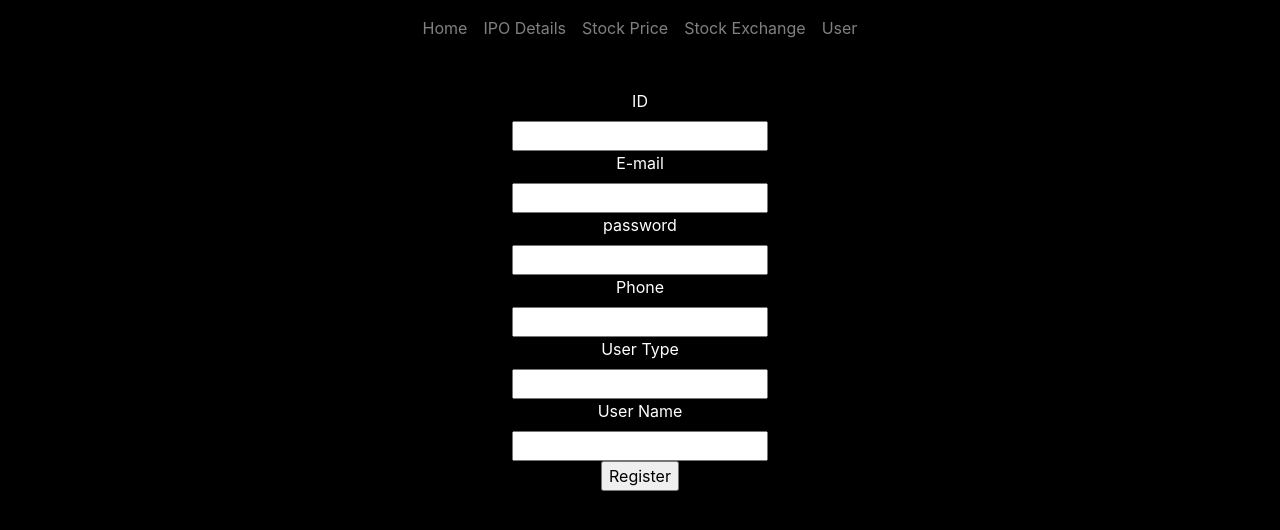
Repository: Gurudutt-S/cts-training
Page: http://localhost/StockExchangeChartingWeb/WEB-INF/views/users.jsp
These files come from the project's save history. The page is drawn as it stood at one moment and after the next save; the edit follows.
The browser window is 1280 px wide. The pictures show the whole page.
The page is served by Tomcat 9. Nobody is signed in. Other server files are loaded and not shown. The template is opened directly, without the code that normally fills it, so the values that code supplies are empty.

Above is the page before, as saved 2020-02-12 05:53:53.
Console error (its wording comes from the project's code and is left out).

### Day_36/StockExchangeChartingWeb/src/main/webapp/WEB-INF/views/users.jsp
<%@include file="header.jsp"%>

<%@ taglib uri="http://www.springframework.org/tags/form" prefix="form"%>
<%@ taglib uri="http://java.sun.com/jsp/jstl/core" prefix="c"%>


<c:url var="userUrl" value="/user/save" />

<div class="container">
	<form:form action="${userUrl }" modelAttribute="user" class="form-group">

			<div>
				<form:label path="id">ID</form:label>
			</div>
			<div>
				<form:input path="id"></form:input>
			</div>
			<div>
				<form:label path="email">E-mail</form:label>
			</div>
			<div>
				<form:input path="email"></form:input>
			</div>
			<div>
				<form:label path="password">password</form:label>
			</div>
			<div>
				<form:input path="password"></form:input>
			</div>
			<div>
				<form:label path="phone">Phone</form:label>
			</div>
			<div>
				<form:input path="phone"></form:input>
			</div>
			<div>
				<form:label path="userType">User Type</form:label>
			</div>
			<div>
				<form:input path="userType"></form:input>
			</div>
			<div>
				<form:label path="username">User Name</form:label>
			</div>
			<div>
				<form:input path="username"></form:input>
			</div>

			<div>
				<input type="submit" value="Register">
			</div>
	</form:form>
</div>


</body>
</html>

### Day_36/StockExchangeChartingWeb/src/main/webapp/WEB-INF/views/header.jsp
<%@ page isELIgnored="false"%>
<%@ taglib uri="http://java.sun.com/jsp/jstl/core" prefix="c"%>
<html>
<head>
<link rel="stylesheet"
	href="https://stackpath.bootstrapcdn.com/bootstrap/4.4.1/css/bootstrap.min.css"
	integrity="sha384-Vkoo8x4CGsO3+Hhxv8T/Q5PaXtkKtu6ug5TOeNV6gBiFeWPGFN9MuhOf23Q9Ifjh"
	crossorigin="anonymous">
<script
	src="https://stackpath.bootstrapcdn.com/bootstrap/4.4.1/js/bootstrap.min.js"
	integrity="sha384-wfSDF2E50Y2D1uUdj0O3uMBJnjuUD4Ih7YwaYd1iqfktj0Uod8GCExl3Og8ifwB6"
	crossorigin="anonymous"></script>


</head>
<body style="color: white; background-color: black; text-align: center;">

	<nav class="navbar navbar-expand-lg navbar-dark ">
		<div class="collapse navbar-collapse">
			<ul class="navbar-nav mx-auto">
				<li class="nav-item"><a href="home" class="nav-link">Home</a></li>
				<li class="nav-item"><a href="ipoDetails" class="nav-link">IPO
						Details</a></li>
				<li class="nav-item"><a href="stockPrice" class="nav-link">Stock
						Price</a></li>
				<li class="nav-item"><a href="stockExchange" class="nav-link">Stock
						Exchange</a></li>
				<li class="nav-item"><a href="user-home" class="nav-link">User
						</a></li>
			</ul>
		</div>
	</nav>

	<hr>

</body>
</html>

After the next save:
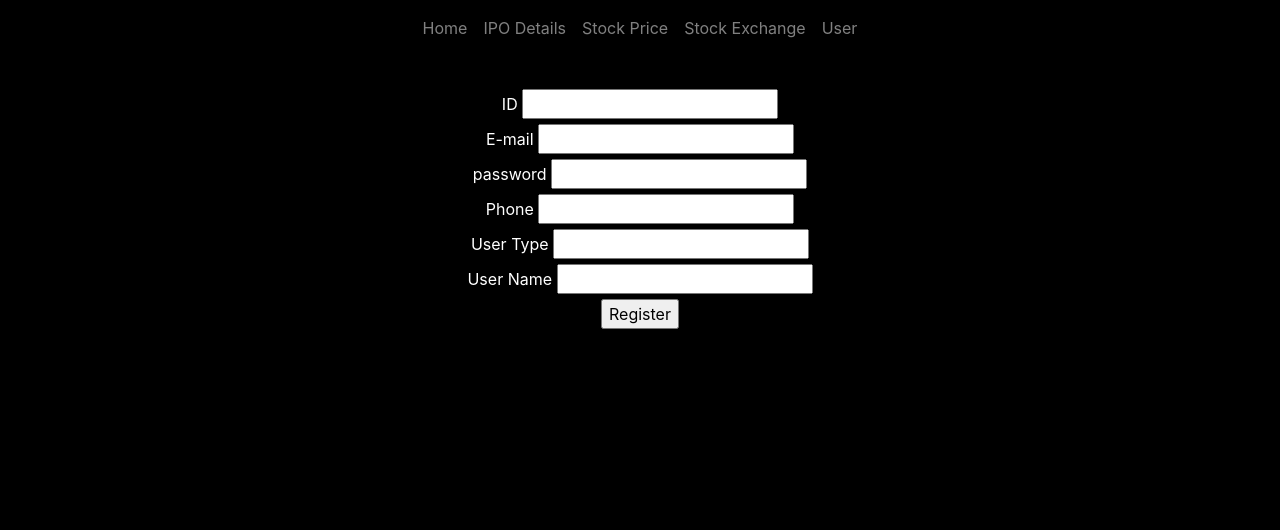
Saved 49 s later.
--- a/Day_36/StockExchangeChartingWeb/src/main/webapp/WEB-INF/views/users.jsp
+++ b/Day_36/StockExchangeChartingWeb/src/main/webapp/WEB-INF/views/users.jsp
@@ -11,38 +11,26 @@
 
 			<div>
 				<form:label path="id">ID</form:label>
-			</div>
-			<div>
 				<form:input path="id"></form:input>
 			</div>
 			<div>
 				<form:label path="email">E-mail</form:label>
-			</div>
-			<div>
 				<form:input path="email"></form:input>
 			</div>
 			<div>
 				<form:label path="password">password</form:label>
-			</div>
-			<div>
 				<form:input path="password"></form:input>
 			</div>
 			<div>
 				<form:label path="phone">Phone</form:label>
-			</div>
-			<div>
 				<form:input path="phone"></form:input>
 			</div>
 			<div>
 				<form:label path="userType">User Type</form:label>
-			</div>
-			<div>
 				<form:input path="userType"></form:input>
 			</div>
 			<div>
 				<form:label path="username">User Name</form:label>
-			</div>
-			<div>
 				<form:input path="username"></form:input>
 			</div>
 
